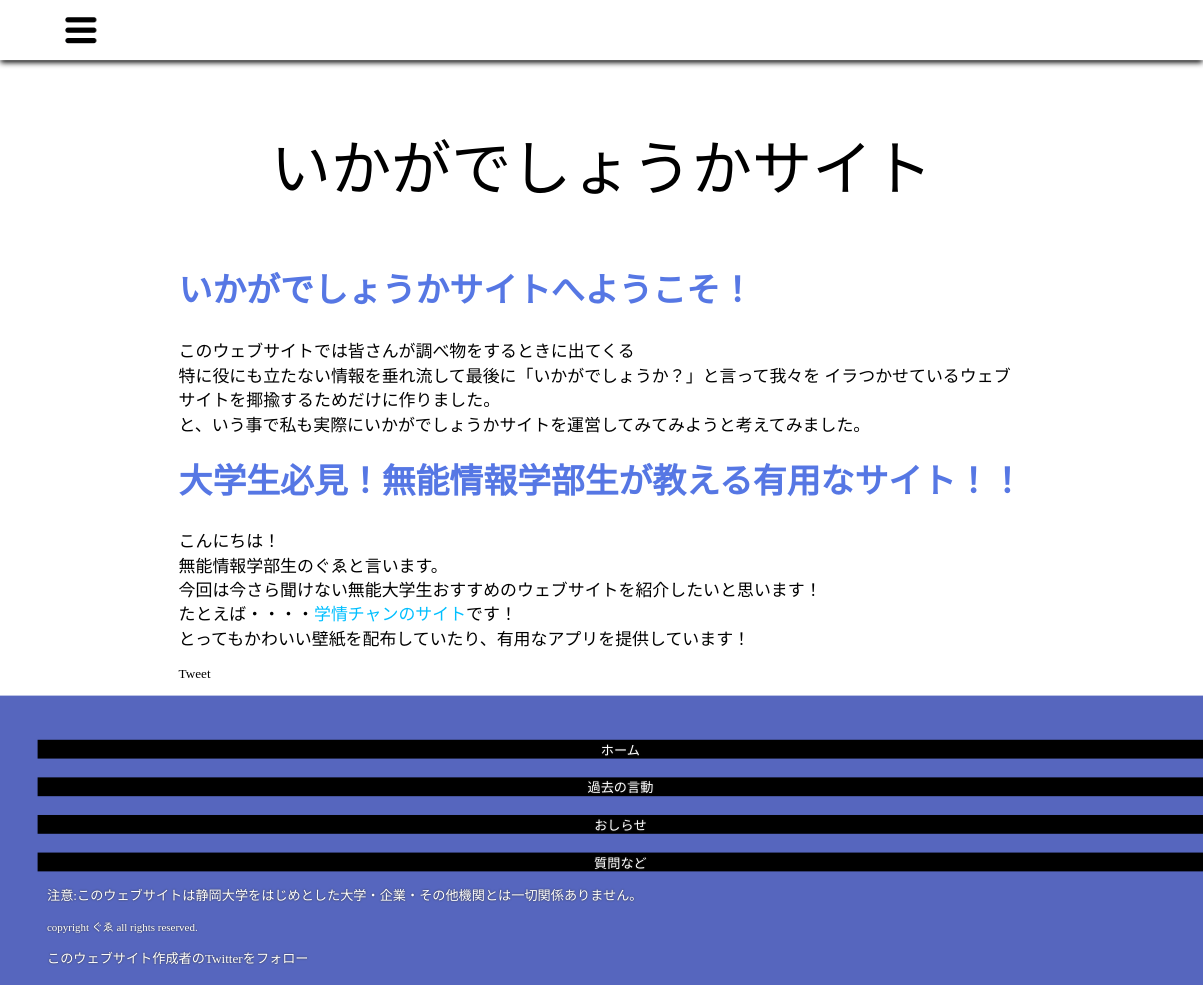
Repository: ghevp/ikagadeshoka
Page: http://localhost/index.php?page=home
The author's editor kept a copy of each file at every save. The page is drawn from the files as they stood at one save, then again after the next save.
The browser window is 1280 px wide. The pictures show the whole page, at 94% of full size.
Some web fonts or font styles are not loaded; a fallback is used. The page is run by PHP 8.4 with error messages shown; the project is at /var/www/html/.

Above is the page before, as saved 2022-06-23 13:34:59.

After the next save:
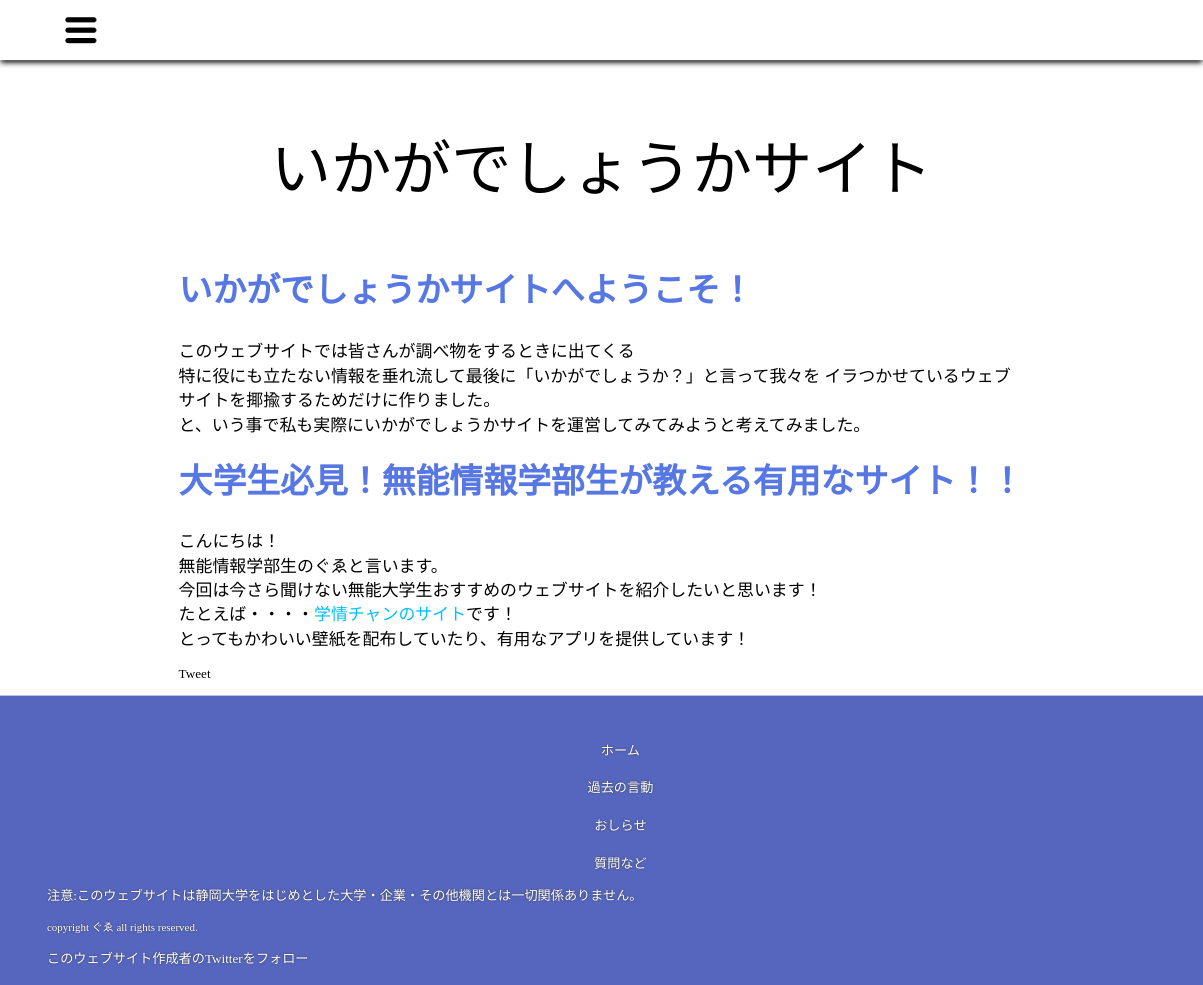
Saved 22 s later.
--- a/css/style.css
+++ b/css/style.css
@@ -102,7 +102,7 @@ a{
 
 .site-menu li{
     margin-top: 20px;
-    background-color: #000;
+
 }
 .header{
     position: relative;
